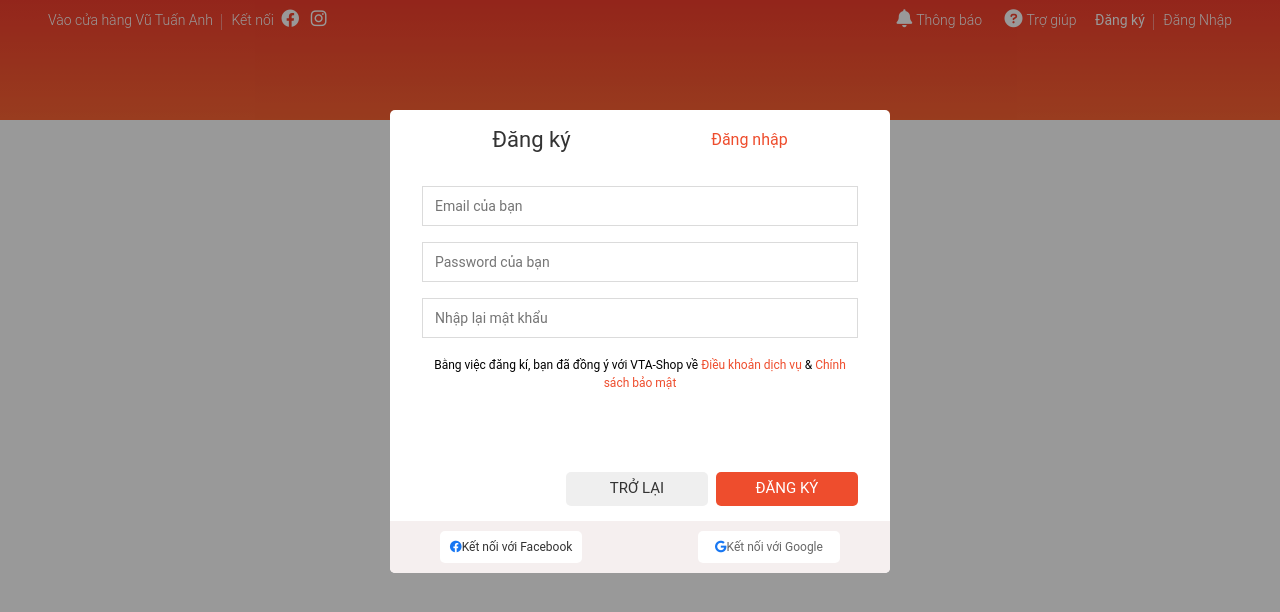
Repository: VuTuanAnh0949/Shopee
Page: index.html
The author's editor kept a copy of each file at every save. The page is drawn from the files as they stood at one save, then again after the next save.
The browser window is 1280 px wide. The pictures show the whole page.

Above is the page before, as saved 2022-02-16 14:18:40.

After the next save:
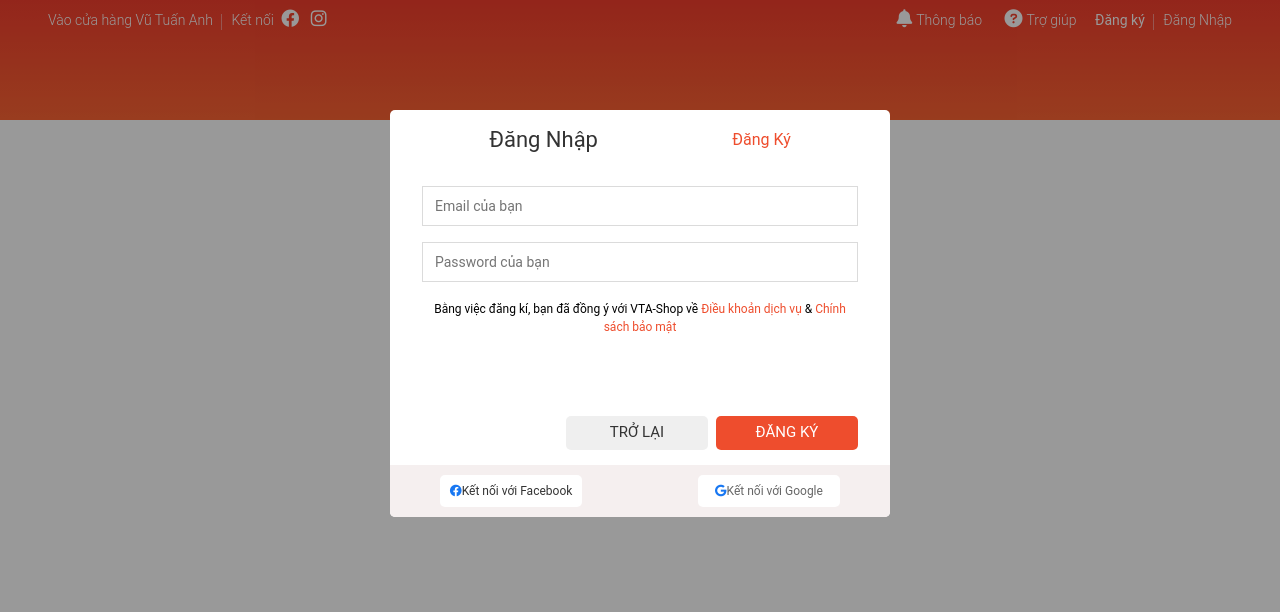
Saved 90 min 24 s later.
--- a/index.html
+++ b/index.html
@@ -104,8 +104,8 @@
 
         <div class="modal__body">
 
-            <!-- Authen form -->
-            <div class="auth-form">
+            <!-- Register form -->
+        <!--     <div class="auth-form">
                 <div class="auth-form__container">
                     <div class="auth-form__container"></div>
                     <div class="auth-form__header">
@@ -150,7 +150,52 @@
                         </span>
                     </a>
                 </div>
+            </div> -->
+<!-- Login form -->
+<div class="auth-form">
+    <div class="auth-form__container">
+        <div class="auth-form__container"></div>
+        <div class="auth-form__header">
+            <h3 class="auth-form__heading">Đăng Nhập</h3>
+            <span class="auth-form__switch-btn">Đăng Ký</span>
+        </div>
+        <div class="auth-form__form">
+            <div class="auth-form__group">
+                <input type="text" class="auth-form__input" placeholder="Email của bạn">
             </div>
+            <div class="auth-form__group">
+                <input type="password" class="auth-form__input" placeholder="Password của bạn">
+            </div>
+
+        </div>
+        <div class="auth-form__aside">
+            <p class="auth-form__policy-text">
+                Bằng việc đăng kí, bạn đã đồng ý với VTA-Shop về
+                <a href="" class="auth-form__text-link">Điều khoản dịch vụ</a> &
+                <a href="" class="auth-form__text-link">Chính sách bảo mật</a>
+            </p>
+        </div>
+        <div class="auth-form__controls">
+            <button class="btn btn--normal auth-form__controls-back ">TRỞ LẠI</button>
+            <button class="btn btn--primary">ĐĂNG KÝ</button>
+        </div>
+    </div>
+    <div class="auth-form__socials--facebook">
+        <a href="" class="btn btn--size-s btn--with-icon">
+            <i class="auth-form__socials-icon fa-brands fa-facebook"></i>
+            <span class="auth-form__socials-title">
+                Kết nối với Facebook
+            </span>
+        </a>
+
+        <a href="" class="auth-form__socials--google btn btn--size-s btn--with-icon">
+            <i class="auth-form__socials-icon fa-brands fa-google"></i>
+            <span class="auth-form__socials-title">
+                Kết nối với Google
+            </span>
+        </a>
+    </div>
+</div>
         </div>
     </div>
 </body>
